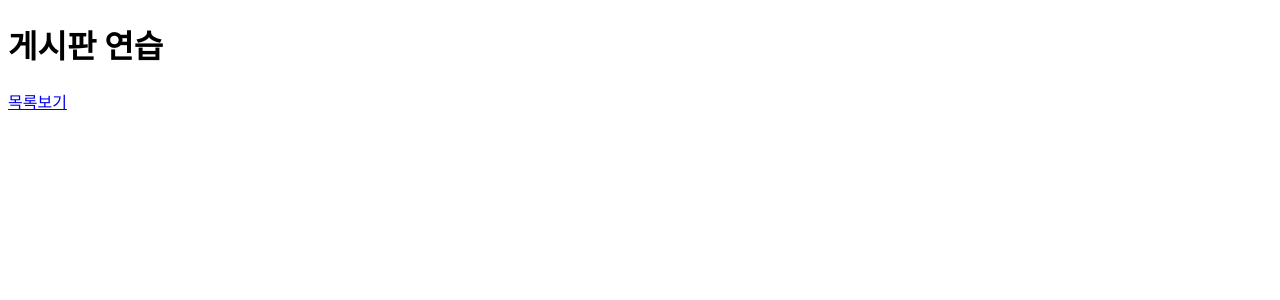
Repository: keechan/springboot
Page: Jungbo/src/main/resources/static/index.html
The author's editor kept a copy of each file at every save. The page is drawn from the files as they stood at one save, then again after the next save.
The browser window is 1280 px wide. The pictures show the whole page.

Above is the page before, as saved 2024-01-12 07:56:41.

After the next save:
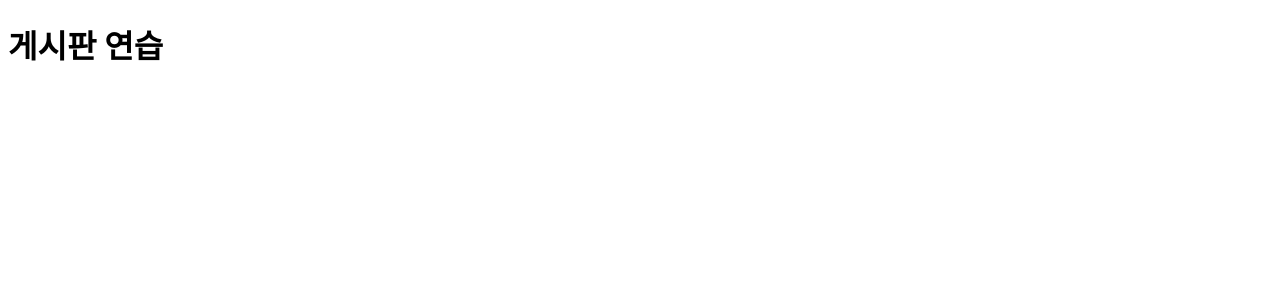
Saved 92 s later.
--- a/Jungbo/src/main/resources/static/index.html
+++ b/Jungbo/src/main/resources/static/index.html
@@ -6,6 +6,5 @@
 </head>
 <body>
 	<h1>게시판 연습</h1>
-	<a href="getBoardList.do">목록보기</a>
 </body>
 </html>
